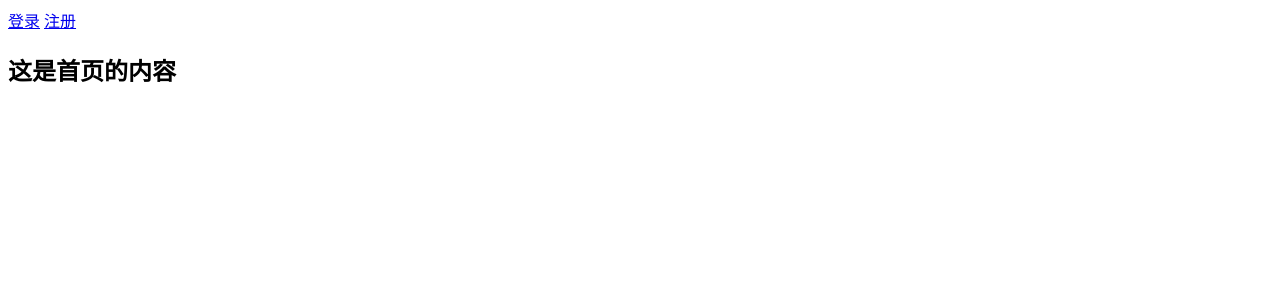
Repository: liujianbo2017/zuoye
Page: http://localhost/day40demo/demo02/index.jsp
An editor plug-in stored every save of this project. The page is shown before and after the next save, followed by the edit.
The browser window is 1280 px wide. The pictures show the whole page.
The page is served by Tomcat 9.

Above is the page before, as saved 2017-10-10 11:42:03.

After the next save:
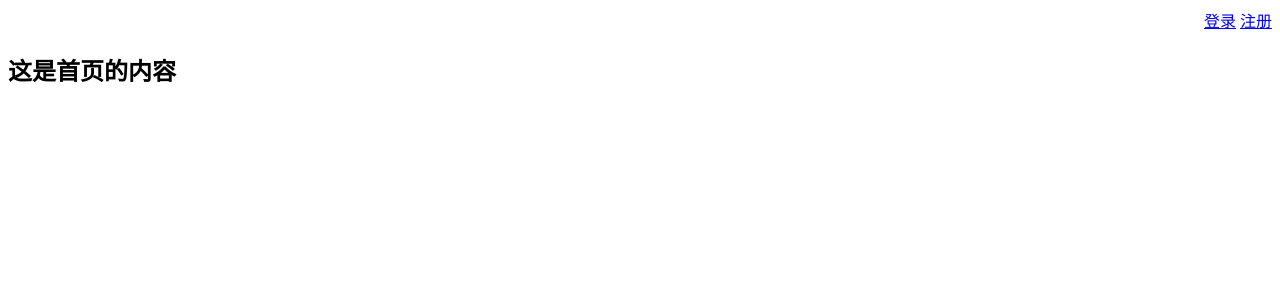
Saved 45 s later.
--- a/day40demo/WebContent/demo02/index.jsp
+++ b/day40demo/WebContent/demo02/index.jsp
@@ -7,7 +7,7 @@
 <title>Insert title here</title>
 </head>
 <body>
-	<div type="text-align:right">
+	<div style="text-align:right">
 		<c:if test="${empty sessionScope.current_user }">
 			<a href="login.jsp">登录</a>
 			<a href="#">注册</a>
